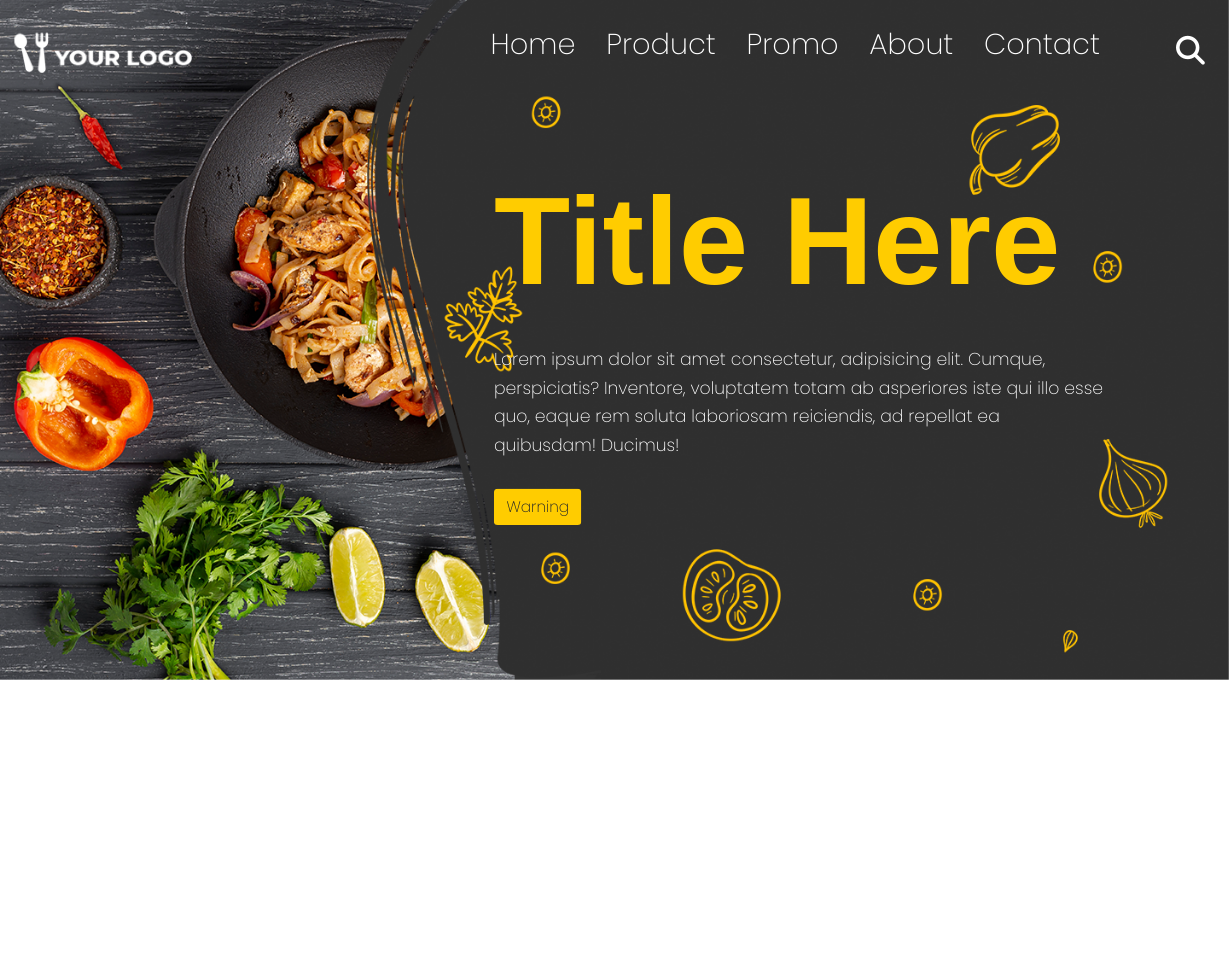
Repository: iphoneboy46/templateRestaurent
Page: index.html
An editor plug-in stored every save of this project. The page is shown before and after the next save, followed by the edit.
The browser window is 1280 px wide. The pictures show the whole page, at 96% of full size.

Above is the page before, as saved 2022-10-12 15:11:37.

### index.html
<!DOCTYPE html>
<html lang="en">

<head>
    <meta charset="UTF-8">
    <meta http-equiv="X-UA-Compatible" content="IE=edge">
    <meta name="viewport" content="width=device-width, initial-scale=1.0">
    <link rel="stylesheet" href="https://cdn.jsdelivr.net/npm/bootstrap@4.3.1/dist/css/bootstrap.min.css"
        integrity="sha384-ggOyR0iXCbMQv3Xipma34MD+dH/1fQ784/j6cY/iJTQUOhcWr7x9JvoRxT2MZw1T" crossorigin="anonymous">
    <script src="https://code.jquery.com/jquery-3.3.1.slim.min.js"
        integrity="sha384-q8i/X+965DzO0rT7abK41JStQIAqVgRVzpbzo5smXKp4YfRvH+8abtTE1Pi6jizo"
        crossorigin="anonymous"></script>
    <script src="https://cdn.jsdelivr.net/npm/popper.js@1.14.7/dist/umd/popper.min.js"
        integrity="sha384-UO2eT0CpHqdSJQ6hJty5KVphtPhzWj9WO1clHTMGa3JDZwrnQq4sF86dIHNDz0W1"
        crossorigin="anonymous"></script>
    <script src="https://cdn.jsdelivr.net/npm/bootstrap@4.3.1/dist/js/bootstrap.min.js"
        integrity="sha384-JjSmVgyd0p3pXB1rRibZUAYoIIy6OrQ6VrjIEaFf/nJGzIxFDsf4x0xIM+B07jRM"
        crossorigin="anonymous"></script>
    <link rel="stylesheet" href="https://cdnjs.cloudflare.com/ajax/libs/font-awesome/6.2.0/css/all.min.css"
        integrity="sha512-xh6O/CkQoPOWDdYTDqeRdPCVd1SpvCA9XXcUnZS2FmJNp1coAFzvtCN9BmamE+4aHK8yyUHUSCcJHgXloTyT2A=="
        crossorigin="anonymous" referrerpolicy="no-referrer" />
    <link rel="stylesheet" href="style.css">
    <title>Document</title>
</head>

<body>
    <header class="header container-fluid">
        <nav class="menu__list pt-3">
           <div class="logo">
                <a class="navbar-brand">
                    <img src="images/logo.png" alt="">
                </a>
           </div>
            <ul class="menu__items">
                <li class="nav-item">
                    <a class="nav-link text-white" href="#">Home</a>
                </li>
                <li class="nav-item">
                    <a class="nav-link text-white" href="#">Product</a>
                </li>
                <li class="nav-item">
                    <a class="nav-link text-white" href="#">Promo</a>
                </li>
                <li class="nav-item">
                    <a class="nav-link text-white" href="#">About</a>
                </li>
                <li class="nav-item">
                    <a class="nav-link text-white" href="#">Contact</a>
                </li>
            </ul>
            <div class="item--search">
                <i class="fa-solid fa-magnifying-glass"></i>
            </div>
        </nav>
        <div class="header__content">
            <h1>Title Here</h1>
            <p>Lorem ipsum dolor sit amet consectetur, adipisicing elit. Cumque, perspiciatis? Inventore, voluptatem totam ab asperiores iste qui illo esse quo, eaque rem soluta laboriosam reiciendis, ad repellat ea quibusdam! Ducimus!</p>
            <button type="button" class="btn">Warning</button>
        </div>
    </header>
</body>

</html>

### style.css
@import url('https://fonts.googleapis.com/css2?family=Poppins:wght@200&display=swap');
@import url('https://fonts.googleapis.com/css2?family=Dancing+Script:wght@700&family=Pacifico&family=Poppins:wght@200&display=swap');

* {
    padding: 0;
    margin: 0;
    box-sizing: border-box;
    font-family: 'Poppins', sans-serif;
    text-decoration: none;
    list-style: none;
}

.logo {
    width: 30%;
}

.header {
    background-image: url(images/header.png);
    width: 100%;
    height: 1000px;
    background-size: 100%;
    background-repeat: no-repeat;
    object-fit: fill;
}

.menu__list {
    display: flex;
    justify-content: space-between;
    align-items: center;
}

.menu__items {
    display: flex;
    justify-content: space-between;
    align-items: center;
    width: 50%;
}

.menu__items li a {
    font-size: 30px;
}


.item--search i {
    margin-right: 10px;
    color: white;
    font-size: 30px;
}

.header__content {
    width: 635px;
    position: absolute;
    top: 50%;
    left: 65%;
    transform: translate(-50%, -50%)
}



.header__content h1 {
    color: #ffcc00;
    font-size: 130px;
    font-weight: bold;
    font-family: sans-serif !important;
}

.header__content p {
    font-size: 18px;
    color: white;
    line-height: 30px;
    margin-top: 30px;
    margin-bottom: 30px;
}

.header__content .btn {
    background-color: #ffcc00;
}

After the next save:
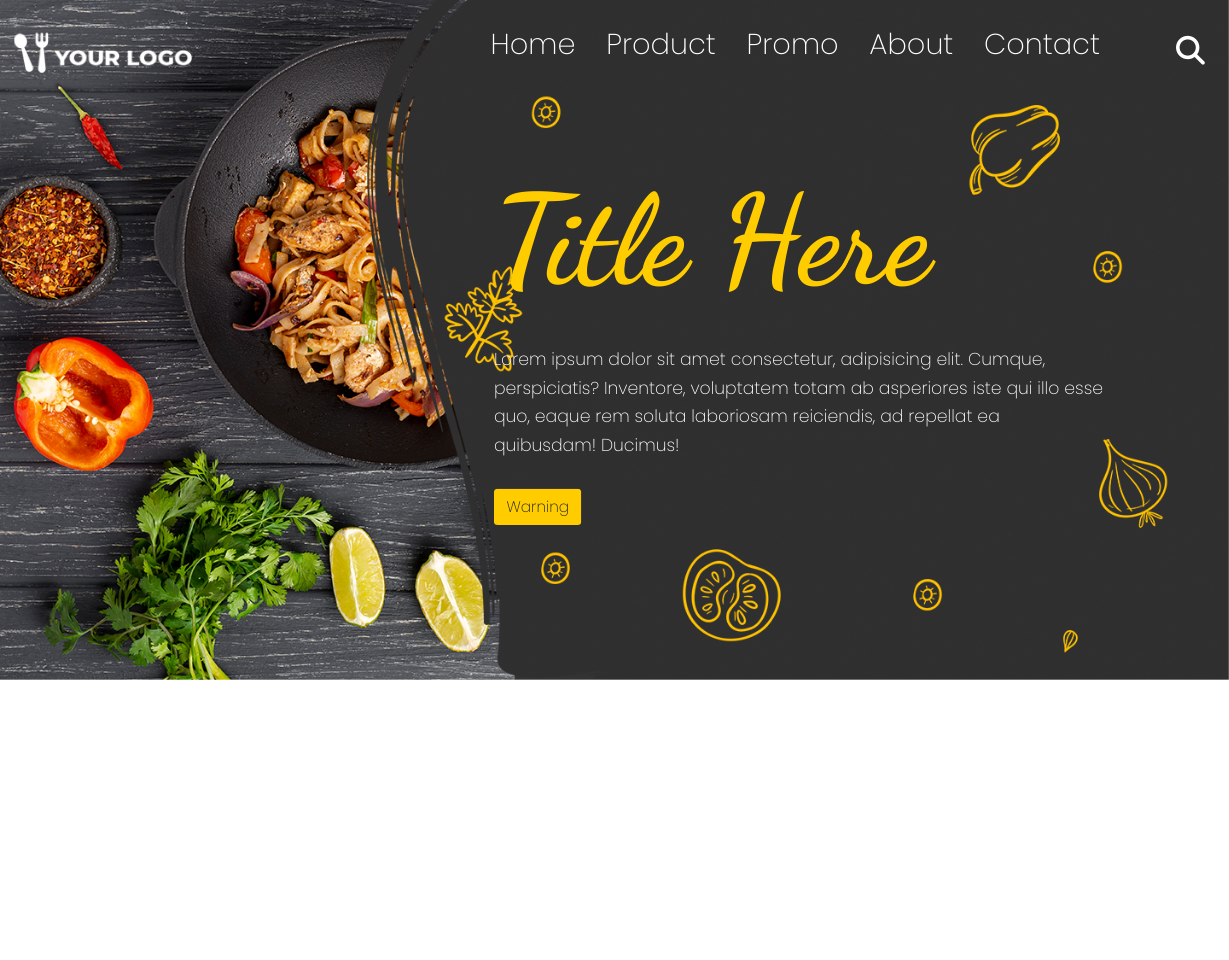
Saved 19 s later.
--- a/style.css
+++ b/style.css
@@ -61,7 +61,7 @@
     color: #ffcc00;
     font-size: 130px;
     font-weight: bold;
-    font-family: sans-serif !important;
+    font-family: 'Dancing Script', cursive;
 }
 
 .header__content p {
